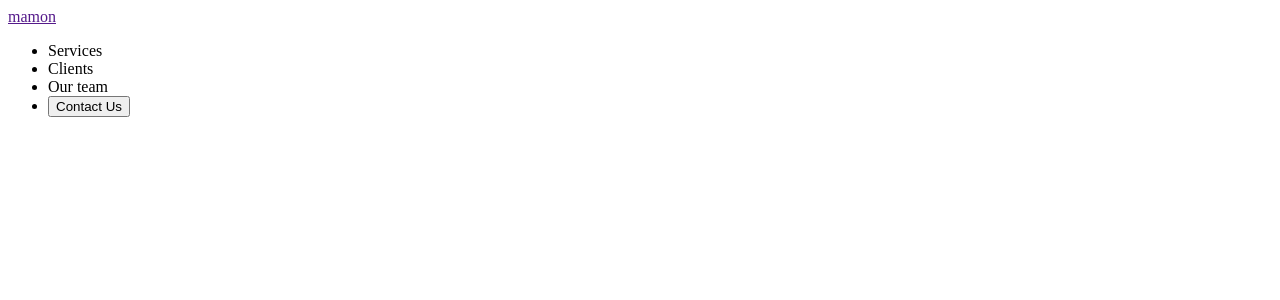
Repository: Vitalii23081984/testHGC
Page: index.html
The author's editor kept a copy of each file at every save. The page is drawn from the files as they stood at one save, then again after the next save.
The browser window is 1280 px wide. The pictures show the whole page.

Above is the page before, as saved 2022-11-20 08:52:45.

### index.html
<!DOCTYPE html>
<html lang="en">
<head>
    <meta charset="UTF-8">
    <meta http-equiv="X-UA-Compatible" content="IE=edge">
    <meta name="viewport" content="width=device-width, initial-scale=1.0">
    <title>Mamon</title>
</head>
<body>
    <header>
        <div class="header">
            <a href="" class="logo"><span></span><span>mamon</span></a>
        </div>
        <nav>
            <ul class="nav">
                <li>Services</li>
                <li>Clients</li>
                <li>Our team</li>
                <li><button>Contact Us</button></li>
            </ul>
        </nav>
    </header>

</body>
</html>

After the next save:
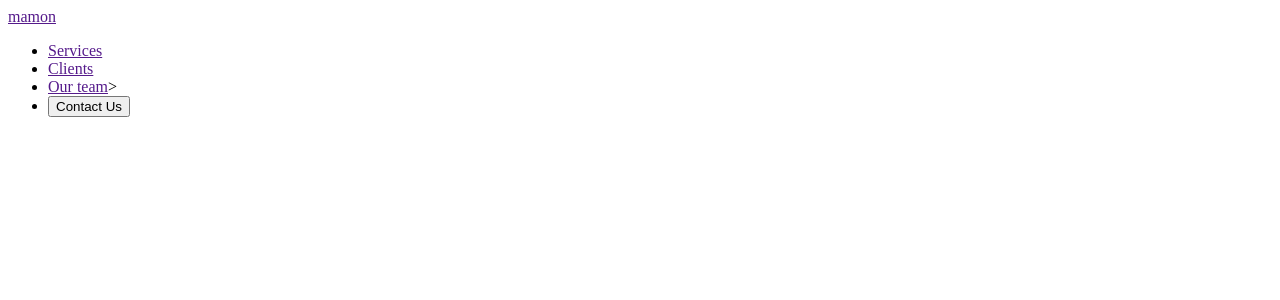
Saved 3 min 27 s later.
--- a/index.html
+++ b/index.html
@@ -13,10 +13,10 @@
         </div>
         <nav>
             <ul class="nav">
-                <li>Services</li>
-                <li>Clients</li>
-                <li>Our team</li>
-                <li><button>Contact Us</button></li>
+                <li><a href="">Services</a></li>
+                <li><a href="">Clients</a></li>
+                <li><a href="">Our team</a>></li>
+                <li><button type="button">Contact Us</button></li>
             </ul>
         </nav>
     </header>
